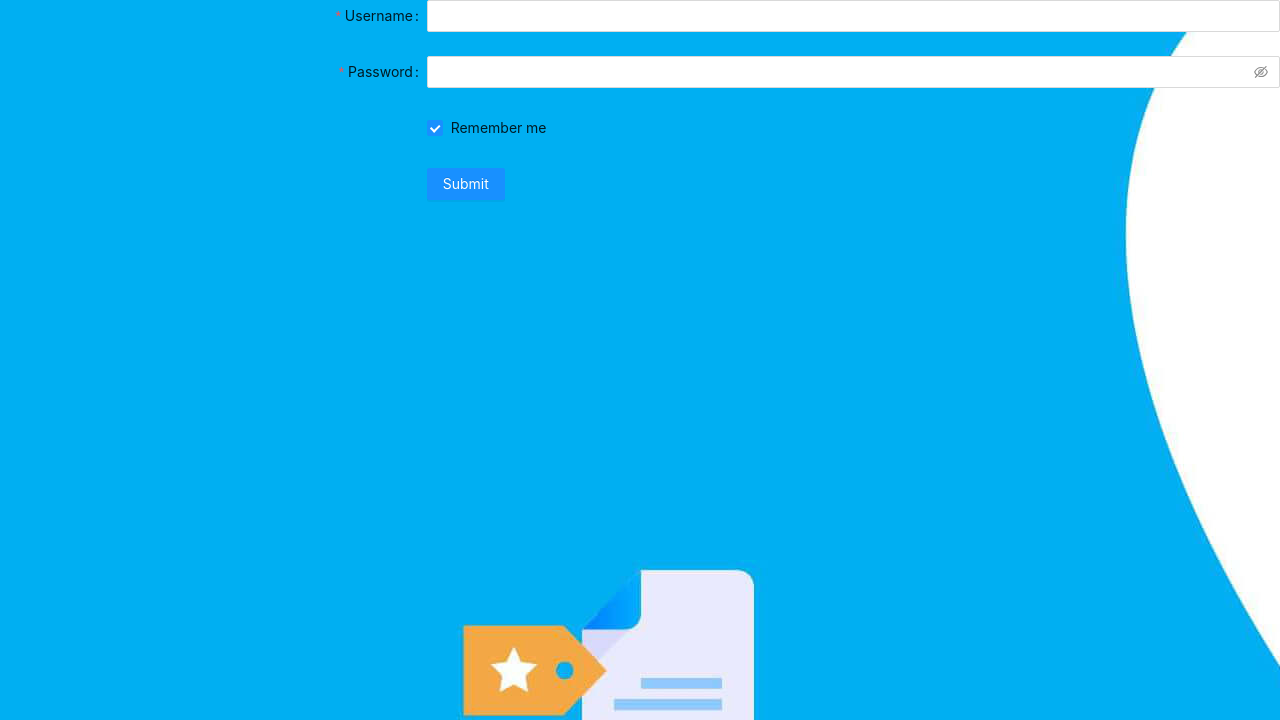
Repository: DallenCat/react-test
Page: /login
An editor plug-in stored every save of this project. The page is shown before and after the next save, followed by the edit.
The browser window is 1280 px wide. The pictures show the whole page.
The project was rebuilt for these pictures with package versions that can differ from the ones it lists, and the page was loaded fresh each time. Also part of the build but not shown: src/containers/dashboard/index.js, src/containers/personal/index.js, src/components/layout/index.css, src/components/layout/sider/menu.js, src/components/layout/sider/logo.js, src/components/layout/sider/index.js, src/components/layout/index.js.

Above is the page before, as saved 2021-10-29 17:27:03.

### src/index.js
/*
 * @Descripttion:
 * @version:
 * @Author: dal
 * @Date: 2021-10-26 17:14:54
 * @LastEditors: dal
 * @LastEditTime: 2021-10-28 17:36:55
 */
import React from 'react';
import ReactDOM from 'react-dom';
import './index.css';
import App from './App';
import reportWebVitals from './reportWebVitals';
import { Provider } from "react-redux"
import store from "./store"

ReactDOM.render(
  <Provider store={store}>
    <App />
  </Provider>,
  document.getElementById('root')
);

// If you want to start measuring performance in your app, pass a function
// to log results (for example: reportWebVitals(console.log))
// or send to an analytics endpoint. Learn more: https://bit.ly/CRA-vitals
reportWebVitals();

### src/App.js
/*
 * @Descripttion:
 * @version:
 * @Author: dal
 * @Date: 2021-10-26 17:14:54
 * @LastEditors: dal
 * @LastEditTime: 2021-10-29 16:36:06
 */

import './App.css';
import Routes from './routes';
import { BrowserRouter as Router, Switch, Route } from 'react-router-dom';
import SiderDemo from "@/components/layout/index.js"
import { Component } from 'react';
class App extends Component {
  render() {
    let staticPage = ['/login'] //不需要左侧导航的页面
    let LayoutRouter = (props) => {
      if (staticPage.includes(props.location.pathname)) {
        return (
          <Routes />
        )
      } else {
        return (
          <SiderDemo>
            <Routes />
          </SiderDemo>
        )
      }
    }
    return (
      <Router>
        <Switch>
          <Route path="/" component={LayoutRouter} />
        </Switch>
      </Router>
    )
  }

}
// render(<Router routes={routes} />, document.body)
export default App;

### src/store/index.js
/*
 * @Descripttion:
 * @version:
 * @Author: dal
 * @Date: 2021-10-28 17:32:00
 * @LastEditors: dal
 * @LastEditTime: 2021-10-29 15:12:22
 */
import { configureStore } from '@reduxjs/toolkit'

import counterReducer from '@/reducers/counterReducer'
import menuReducer from '@/reducers/menuReducer'

export default configureStore({
  reducer: {
    counter: counterReducer,
    menu: menuReducer
  }
})

### src/App.css
@import '~antd/dist/antd.css';

.App {
  text-align: center;
}

.App-logo {
  height: 40vmin;
  pointer-events: none;
}

@media (prefers-reduced-motion: no-preference) {
  .App-logo {
    animation: App-logo-spin infinite 20s linear;
  }
}

.App-header {
  background-color: #282c34;
  min-height: 100vh;
  display: flex;
  flex-direction: column;
  align-items: center;
  justify-content: center;
  font-size: calc(10px + 2vmin);
  color: white;
}

.App-link {
  color: #61dafb;
}

@keyframes App-logo-spin {
  from {
    transform: rotate(0deg);
  }

  to {
    transform: rotate(360deg);
  }
}

### src/routes/index.js
/*
 * @Descripttion:
 * @version:
 * @Author: dal
 * @Date: 2021-10-26 17:34:53
 * @LastEditors: dal
 * @LastEditTime: 2021-10-29 16:08:19
 */
import Login from "@/containers/login"
import Dashboard from "@/containers/dashboard"
import Personal from "@/containers/personal"
import { Route, Switch, withRouter } from 'react-router-dom';

const routes = () => {
  return (
    <Switch>
      <Route exact path={"/login"} component={Login} />
      <Route exact path={"/dashboard"} component={Dashboard} />
      <Route exact path={"/personal"} component={Personal} />

    </Switch>
  )
}
export default withRouter(routes)

### src/reducers/counterReducer.js
/*
 * @Descripttion:
 * @version:
 * @Author: dal
 * @Date: 2021-10-28 17:35:16
 * @LastEditors: dal
 * @LastEditTime: 2021-10-29 14:37:24
 */
import { createSlice } from '@reduxjs/toolkit'

export const counterSlice = createSlice({
  name: 'counter',
  initialState: {
    value: 0
  },
  reducers: {
    increment: state => {
      // Redux Toolkit allows us to write "mutating" logic in reducers. It
      // doesn't actually mutate the state because it uses the immer library,
      // which detects changes to a "draft state" and produces a brand new
      // immutable state based off those changes
      state.value += 1
    },
    decrement: state => {
      state.value -= 1
    },
    incrementByAmount: (state, action) => {
      state.value += action.payload
    }
  }
})

export const { increment, decrement, incrementByAmount } = counterSlice.actions
export const selectCount = state => state.counter.value
export default counterSlice.reducer

### src/reducers/menuReducer.js
/*
 * @Descripttion:
 * @version:
 * @Author: dal
 * @Date: 2021-10-29 14:58:26
 * @LastEditors: dal
 * @LastEditTime: 2021-10-29 15:12:01
 */
import { createSlice } from "@reduxjs/toolkit"

export const menuSlice = createSlice({
  name: "menu",
  initialState: {
    value: []
  },
  reducers: {
    setMenu: (state, action) => {
      state.value = action.payload
    }
  }
})
export const { setMenu } = menuSlice.actions
export const getMenu = state => state.menu.value
export default menuSlice.reducer

### src/containers/login/index.js
/*
 * @Descripttion:
 * @version:
 * @Author: dal
 * @Date: 2021-10-29 15:24:14
 * @LastEditors: dal
 * @LastEditTime: 2021-10-29 17:26:49
 */
import { Component } from "react";
import { Form, Input, Button, Checkbox } from 'antd';
import bgImg from "@/assets/images/login-background.jpg"
import "./login.scss"

export function LoginForm(props) {

  const onFinish = (values) => {
    console.log('Success:', values);
  };

  const onFinishFailed = (errorInfo) => {
    console.log('Failed:', errorInfo);
  };
  return (
    <Form
      name="basic"
      labelCol={{ span: 8, }}
      wrapperCol={{ span: 16, }}
      initialValues={{ remember: true, }}
      onFinish={onFinish}
      onFinishFailed={onFinishFailed}
      autoComplete="off"
    >
      <Form.Item
        label="Username"
        name="username"
        rules={[
          {
            required: true,
            message: '请输入用户名',
          },
        ]}
      >
        <Input />
      </Form.Item>

      <Form.Item
        label="Password"
        name="password"
        rules={[
          {
            required: true,
            message: '请输入密码',
          },
        ]}
      >
        <Input.Password />
      </Form.Item>

      <Form.Item
        name="remember"
        valuePropName="checked"
        wrapperCol={{
          offset: 8,
          span: 16,
        }}
      >
        <Checkbox>Remember me</Checkbox>
      </Form.Item>

      <Form.Item
        wrapperCol={{
          offset: 8,
          span: 16,
        }}
      >
        <Button type="primary" htmlType="submit">
          Submit
        </Button>
      </Form.Item>
    </Form>
  );

}
//这边只有子组件内部的数据流向
//子组件与父组件怎么通信？
class LOGIN extends Component {
  render(h) {
    return (
      <div>
        <div className="bg">
          <div className="form">
            <LoginForm></LoginForm>
          </div>
        </div>
      </div>
    )
  }
}
export default LOGIN

### src/containers/login/login.scss
.bg {
  width: 100%;
  height: 100vh;
  background-image: url('~@/assets/images/login-background.jpg');
}

.form {
  flex: 1;
}

Loaded but not shown: public/index.html (common file); src/index.css (common file); src/reportWebVitals.js (common file)

After the next save:
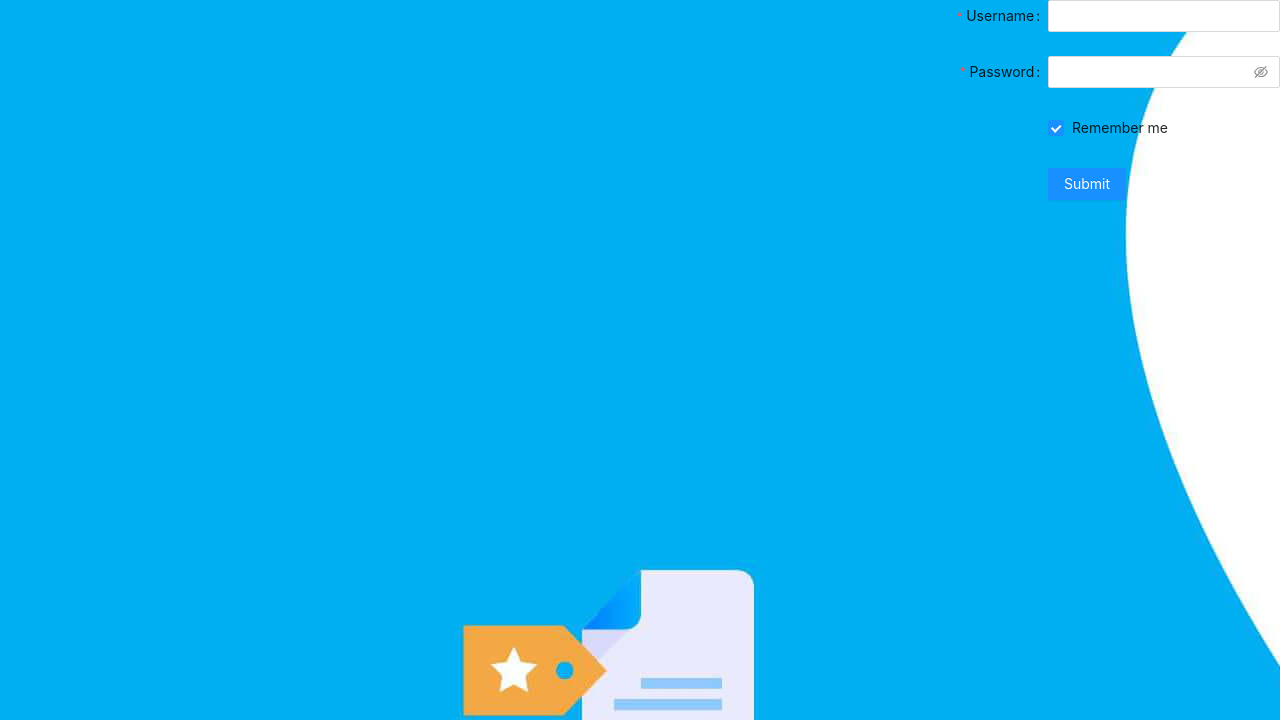
Saved 13 s later.
--- a/src/containers/login/login.scss
+++ b/src/containers/login/login.scss
@@ -5,5 +5,5 @@
 }
 
 .form {
-  flex: 1;
+  float: right;
 }
